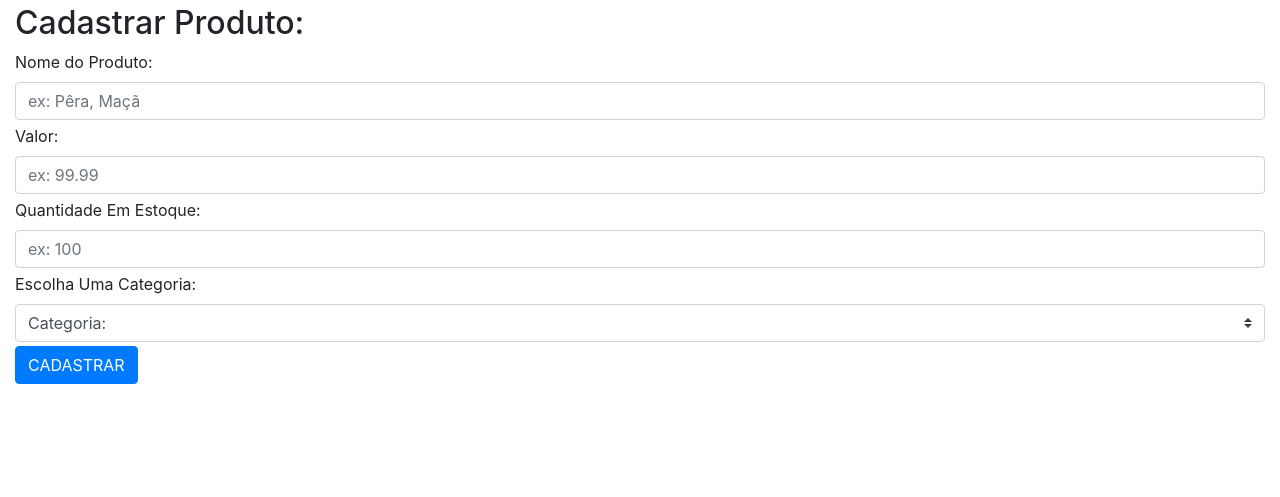
Repository: ricardofelipesilva/sistema
Page: http://localhost/site/controle.jsp
An editor plug-in stored every save of this project. The page is shown before and after a run of saves, followed by the edit.
The browser window is 1280 px wide. The pictures show the whole page.
The page is served by Tomcat 9. Other server files are loaded and not shown.

Above is the page before, as saved 2019-07-01 08:28:02.

### site/WebContent/controle.jsp
<%@ taglib uri="http://java.sun.com/jsp/jstl/core" prefix="c" %>
<!DOCTYPE html>
<html>
<head>
<meta charset="ISO-8859-1">
<link rel="stylesheet" href="https://stackpath.bootstrapcdn.com/bootstrap/4.3.1/css/bootstrap.min.css" integrity="sha384-ggOyR0iXCbMQv3Xipma34MD+dH/1fQ784/j6cY/iJTQUOhcWr7x9JvoRxT2MZw1T" crossorigin="anonymous">

<script src="https://code.jquery.com/jquery-3.3.1.slim.min.js" integrity="sha384-q8i/X+965DzO0rT7abK41JStQIAqVgRVzpbzo5smXKp4YfRvH+8abtTE1Pi6jizo" crossorigin="anonymous"></script>
<script src="https://cdnjs.cloudflare.com/ajax/libs/popper.js/1.14.7/umd/popper.min.js" integrity="sha384-UO2eT0CpHqdSJQ6hJty5KVphtPhzWj9WO1clHTMGa3JDZwrnQq4sF86dIHNDz0W1" crossorigin="anonymous"></script>
<script src="https://stackpath.bootstrapcdn.com/bootstrap/4.3.1/js/bootstrap.min.js" integrity="sha384-JjSmVgyd0p3pXB1rRibZUAYoIIy6OrQ6VrjIEaFf/nJGzIxFDsf4x0xIM+B07jRM" crossorigin="anonymous"></script>

<title>Mil Tecnologia | Cadastrar Produto</title>

</head>
<body>
	<form action="./novoproduto" method="post">

	<div class="col-auto my-1">
		<h2>Cadastrar Produto:</h2>
	</div>

	</form>

	<form action="./novoproduto" method="post">
  <div class="col-auto my-1 form-group">
    <label for="exampleInputEmail1">Nome do Produto:</label>
    <input  class="form-control" type="text" name="nome" placeholder="ex: Pêra, Maçã" required>
  </div>

  <div class=" col-auto my-1 form-group">
    <label for="exampleInputEmail1">Valor:</label>
    <input  class="form-control" type="text" name="valor"  placeholder="ex: 99.99" />
  </div>


     <div class=" col-auto my-1 form-group">
    <label for="exampleInputEmail1">Quantidade Em Estoque:</label>
    <input  class="form-control" type="text" name="quantidadeEstoque"  placeholder="ex: 100" />
  </div>
      <div class="col-auto my-1">
  	    <label class="mr-sm-2 " for="inlineFormCustomSelect">Escolha Uma Categoria:</label>
      <select class="custom-select mr-sm-2" id="inlineFormCustomSelect" name="categoria">
        <option selected>Categoria:</option>
        <option value="1">Proteínas</option>
        <option value="2">Laticínios</option>
        <option value="3">Limpeza</option>
        <option value="4">Carnes</option>
      </select>
    </div>
 <div class=" col-auto my-1 form-group">
  <button type="submit" class="btn btn-primary">CADASTRAR</button>
  </div>
</form>


</body>
</html>

After the next 2 saves:
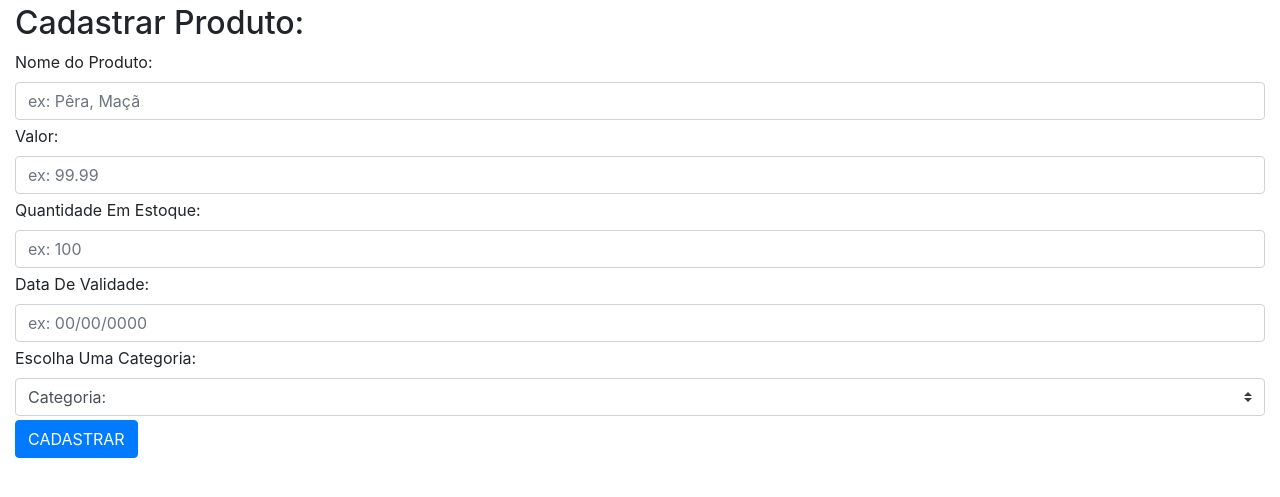
The 2 saves are shown as one change because they came seconds apart.
The last was saved 17 s later.
--- a/site/WebContent/controle.jsp
+++ b/site/WebContent/controle.jsp
@@ -37,14 +37,20 @@
     <label for="exampleInputEmail1">Quantidade Em Estoque:</label>
     <input  class="form-control" type="text" name="quantidadeEstoque"  placeholder="ex: 100" />
   </div>
-      <div class="col-auto my-1">
-  	    <label class="mr-sm-2 " for="inlineFormCustomSelect">Escolha Uma Categoria:</label>
-      <select class="custom-select mr-sm-2" id="inlineFormCustomSelect" name="categoria">
-        <option selected>Categoria:</option>
-        <option value="1">Proteínas</option>
-        <option value="2">Laticínios</option>
-        <option value="3">Limpeza</option>
-        <option value="4">Carnes</option>
+
+  <div class=" col-auto my-1 form-group">
+    <label for="exampleInputEmail1">Data De Validade:</label>
+    <input  class="form-control" type="text" name="dataValidade"  placeholder="ex: 00/00/0000" />
+  </div>
+
+   <div class="col-auto my-1">
+  	 <label class="mr-sm-2 " for="inlineFormCustomSelect">Escolha Uma Categoria:</label>
+     <select class="custom-select mr-sm-2" id="inlineFormCustomSelect" name="categoria">
+       <option selected>Categoria:</option>
+       <option value="1">Proteínas</option>
+       <option value="2">Laticínios</option>
+       <option value="3">Limpeza</option>
+       <option value="4">Carnes</option>
       </select>
     </div>
  <div class=" col-auto my-1 form-group">
